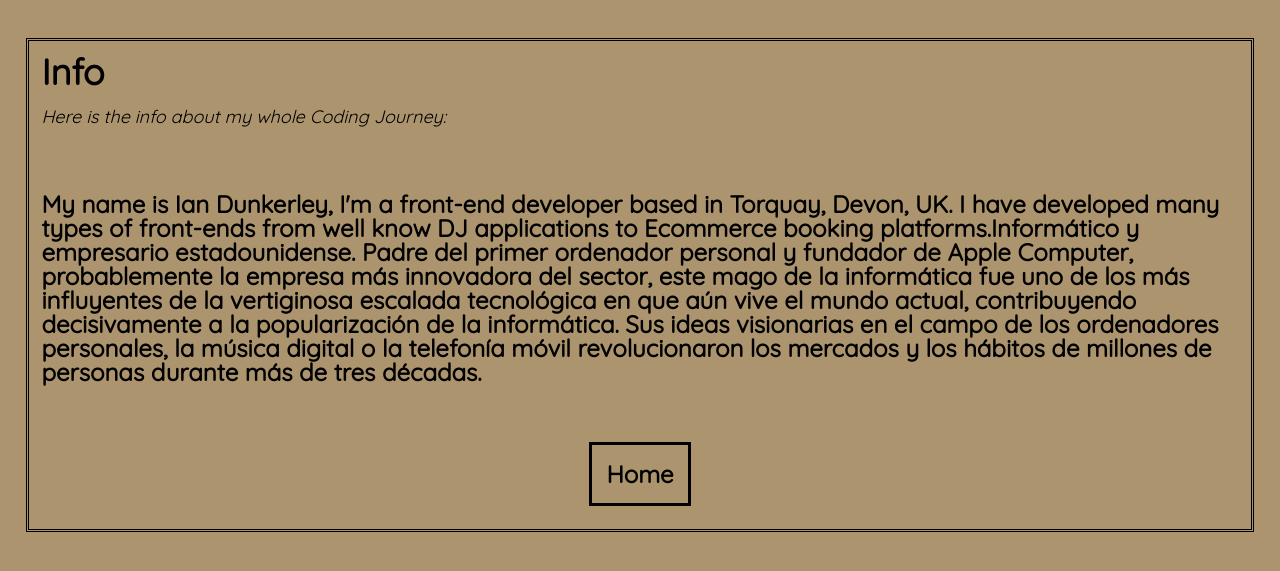
Repository: rickypcyt/ricky-react-portfolio
Page: /Info
These files come from the project's save history. The page is drawn as it stood at one moment and after the next save; the edit follows.
The browser window is 1280 px wide. The pictures show the whole page.
The project was rebuilt for these pictures with package versions that can differ from the ones it lists, and the page was loaded fresh each time. Also part of the build but not shown: src/Content.js, src/pages/Projects.js, src/pages/Contact.js, src/pages/WebMural.js, src/pages/NotesJS.js.

Above is the page before, as saved 2022-09-12 15:17:26.

### src/index.js
import React from "react";
import ReactDOM from "react-dom/client";
import "./index.css";
import App from "./App";
import reportWebVitals from "./reportWebVitals";
import { BrowserRouter, Routes, Route, Switch } from "react-router-dom";

const root = ReactDOM.createRoot(document.getElementById("root"));
root.render(
  <React.StrictMode>
    <BrowserRouter>
      <App />
    </BrowserRouter>
  </React.StrictMode>
);

// If you want to start measuring performance in your app, pass a function
// to log results (for example: reportWebVitals(console.log))
// or send to an analytics endpoint. Learn more: https://bit.ly/CRA-vitals
reportWebVitals();

### src/index.css
@import url("https://fonts.googleapis.com/css2?family=Quicksand");

input[type="file"] {
  display: none;
}
.container {
  top: 0%;
  left: 0%;
}
::marker {
  display: none;
}
.image-container {
  width: 100%;
  margin: auto;
  display: flex;
  flex-direction: row;
  justify-content: space-evenly;
  gap: 15px;
  padding: 10px;
}
body {
  line-height: 1;
  font-family: "Quicksand";
  font-size: large;
  margin: 2%;
  padding: 1%;
  border-style: double;
  margin-top: 3%;
  background: #ac946e;
}
ol {
  list-style: none;
  display: flex;
  padding: 0;
  justify-content: space-around;
  align-items: flex-start;
  display: flex;
  flex-wrap: wrap;
  align-content: center;
}
.content {
  position: absolute;
  right: calc(var(--pad) * 2);
  bottom: calc(var(--pad) * 2);
  white-space: nowrap;
}
.parrafo {
  line-height: 1.5;
  text-align: end;
  font-size: larger;
}
.parrafo span {
  display: block;
}
.titulo {
  margin: 0;
}
.oli {
  font-weight: bold;
  border-style: solid;
  font-size: x-large;
  padding: 1ch;
}
.descripcion {
  font-weight: lighter;
  font-style: oblique;
}
.oli:hover {
  color: black;
  border-style: dotted;
}
.page {
  padding-top: 2%;
  padding-bottom: 3%;
}
.pageContact {
  padding-top: 8%;
  padding-bottom: 9%;
}
.cabeceranavi {
  padding-bottom: 1%;
}
p {
  font-weight: bold;
}
a {
  color: black;
  text-decoration: none;
  padding: 0ch;
}
span {
  font-size: larger;
}
li {
  width: 7%;
  height: 10%;
}
ul {
  list-style-type: none;
  margin: 0%;
  display: flex;
  align-items: center;
  flex-direction: row;
  padding-top: 5%;
  padding-bottom: 5%;
  padding-left: 0%;
  justify-content: space-around;
}
.imagenes {
  display: block;
  height: auto;
  width: auto;
  padding-top: 5%;
  padding-bottom: 5%;
}

.imagenesproyect {
  position: relative;
}
.fixer {
  display: flex;
  flex-direction: row;
  justify-content: space-evenly;
  padding-bottom: 3%;
}
.overlay {
  position: absolute;
  top: 0.83cm;

  background: rgb(0, 0, 0);
  background: rgb(2, 0.3, 0.9, 0.6); /* Black see-through */
  color: #f1f1f1;
  width: 100%;
  transition: 0.5s ease;
  color: white;
  text-align: center;
  font-size: 20px;
  padding-top: 20px;
  padding-bottom: 20px;
  opacity: 0;
}
.imagenesproyect:hover .overlay {
  opacity: 1;
}
.overlay2 {
  position: absolute;
  bottom: 8%;
  background: rgb(0, 0, 0);
  background: rgba(40, 40, 40, 0.6); /* Black see-through */
  color: #f1f1f1;
  width: 100%;
  transition: 0.5s ease;
  color: white;
  text-align: center;
  font-size: 20px;
  padding-top: 20px;
  padding-bottom: 20px;
  opacity: 0;
}
.imagenesproyect:hover .overlay2 {
  opacity: 1;
}

.homeinfo {
  font-size: x-large;
  line-height: ;
}

@media screen and (max-width: 1340px) {
  .fixer {
    flex-direction: column;
    justify-content: center;
  }
  .imagenes {
    height: auto;
    width: 100%;
  }
  ol {
  }
}

.image-container {
  width: auto;
  margin: auto;
  /* display: flex; */
  flex-wrap: wrap;
  gap: 15px;
  padding: 10px;
}

.image-container img {
  max-width: 100%;
  max-height: 225px;
}

.container .image-container .image {
  border: 4px solid black;
  overflow: hidden;
  /* cursor: pointer; */
}

.container .image-container .image img {
  height: 100%;
  width: 100%;
}
@media (max-width: 700px) {
  .image-container img {
    max-height: -10px;
  }
  .cabeceranavi{
    padding-bottom: 7%;
  }
}

.image:hover {
  transform: scale(1.15); /* (150% zoom - Note: if the zoom is too large, it will go outside of the viewport) */
}

### src/App.js
import Content from "./Content";
import Info from "./pages/Info";
import Projects from "./pages/Projects";
import Contact from "./pages/Contact";
import WebMural from "./pages/WebMural";
import NotesJS from "./pages/NotesJS";
import { Route, Routes, Switch } from "react-router-dom";

function App() {
  return (
    <>
      <Routes>
        <Route path="/" element={<Content />}/>
        <Route path="/Projects" element={<Projects />} />
        <Route path="/Info" element={<Info />} />
        <Route path="/Contact" element={<Contact />} />
        <Route path="/WebMural" element={<WebMural />} />
        <Route path="/NotesJS" element={<NotesJS />} />
      </Routes>
    </>
  );
}
export default App;

### src/pages/Info.js
import { Link, useMatch, useResolvedPath } from "react-router-dom";
export default function Info() {
  return (
    <main>
      <div id="Page">
        <div className="cabecera">
          <h1 className="titulo">Info </h1>
          <p className="descripcion">
            Here is the info about my whole Coding Journey:
          </p>
        </div>
        <div className="separador">
          <section className="page" style={{ display: "block", opacity: 1 }}>
            <div className="homeinfo">
              <p>
                My name is Ian Dunkerley, I'm a front-end developer based in
                Torquay, Devon, UK. I have developed many types of front-ends
                from well know DJ applications to Ecommerce booking
                platforms.Informático y empresario estadounidense. Padre del
                primer ordenador personal y fundador de Apple Computer,
                probablemente la empresa más innovadora del sector, este mago de
                la informática fue uno de los más influyentes de la vertiginosa
                escalada tecnológica en que aún vive el mundo actual,
                contribuyendo decisivamente a la popularización de la
                informática. Sus ideas visionarias en el campo de los
                ordenadores personales, la música digital o la telefonía móvil
                revolucionaron los mercados y los hábitos de millones de
                personas durante más de tres décadas.
              </p>
            </div>
          </section>
          <nav className="cabeceranavi">
            <ol>
              <div>
                <CustomLink to="/" className="oli">
                  Home
                </CustomLink>
              </div>
            </ol>
          </nav>
        </div>
      </div>
    </main>
  );
}

function CustomLink({ to, children, ...props }) {
  const resolvedPath = useResolvedPath(to);
  const isActive = useMatch({ path: resolvedPath.pathname, end: true });
  return (
    <li className={isActive ? "active" : ""}>
      <Link to={to} {...props}>
        {children}
      </Link>
    </li>
  );
}

Loaded but not shown: public/index.html (common file); src/reportWebVitals.js (common file)

After the next save:
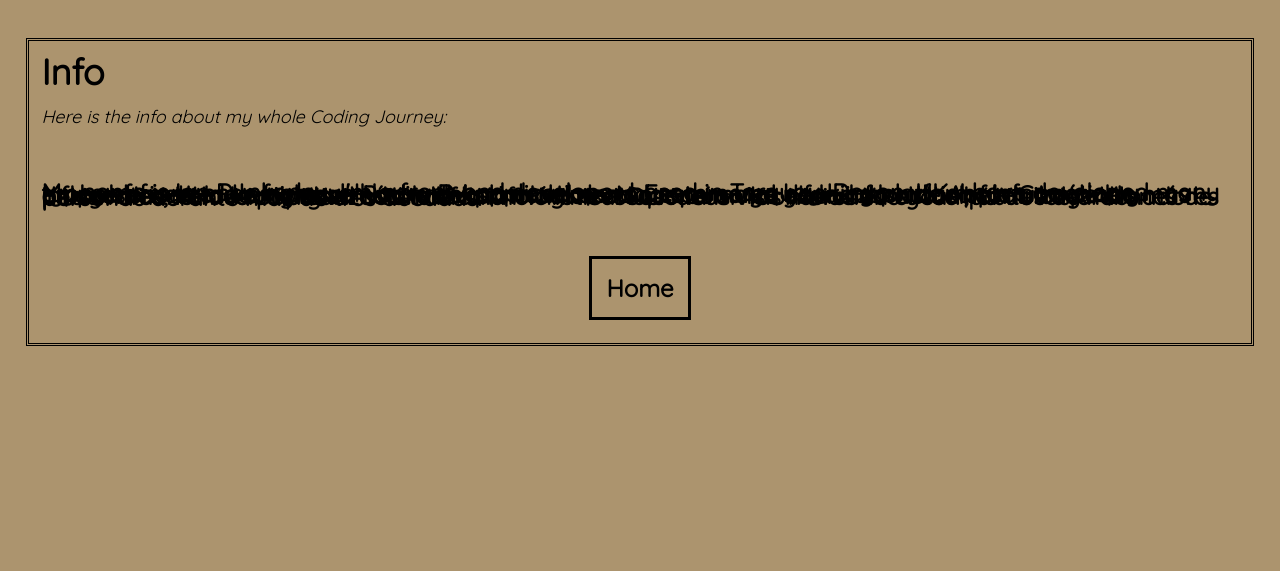
Saved 5 s later.
--- a/src/index.css
+++ b/src/index.css
@@ -164,7 +164,7 @@
 
 .homeinfo {
   font-size: x-large;
-  line-height: ;
+  line-height: 3%;
 }
 
 @media screen and (max-width: 1340px) {

After the save that followed:
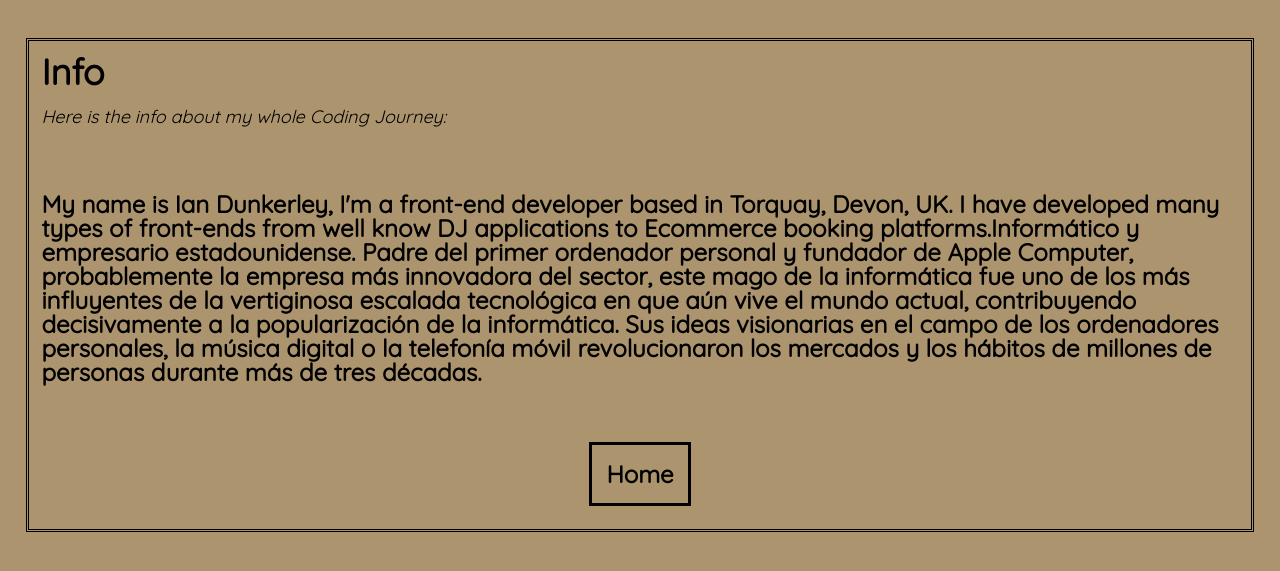
Saved 5 s later.
--- a/src/index.css
+++ b/src/index.css
@@ -164,7 +164,7 @@
 
 .homeinfo {
   font-size: x-large;
-  line-height: 3%;
+  line-height: 100%;
 }
 
 @media screen and (max-width: 1340px) {
